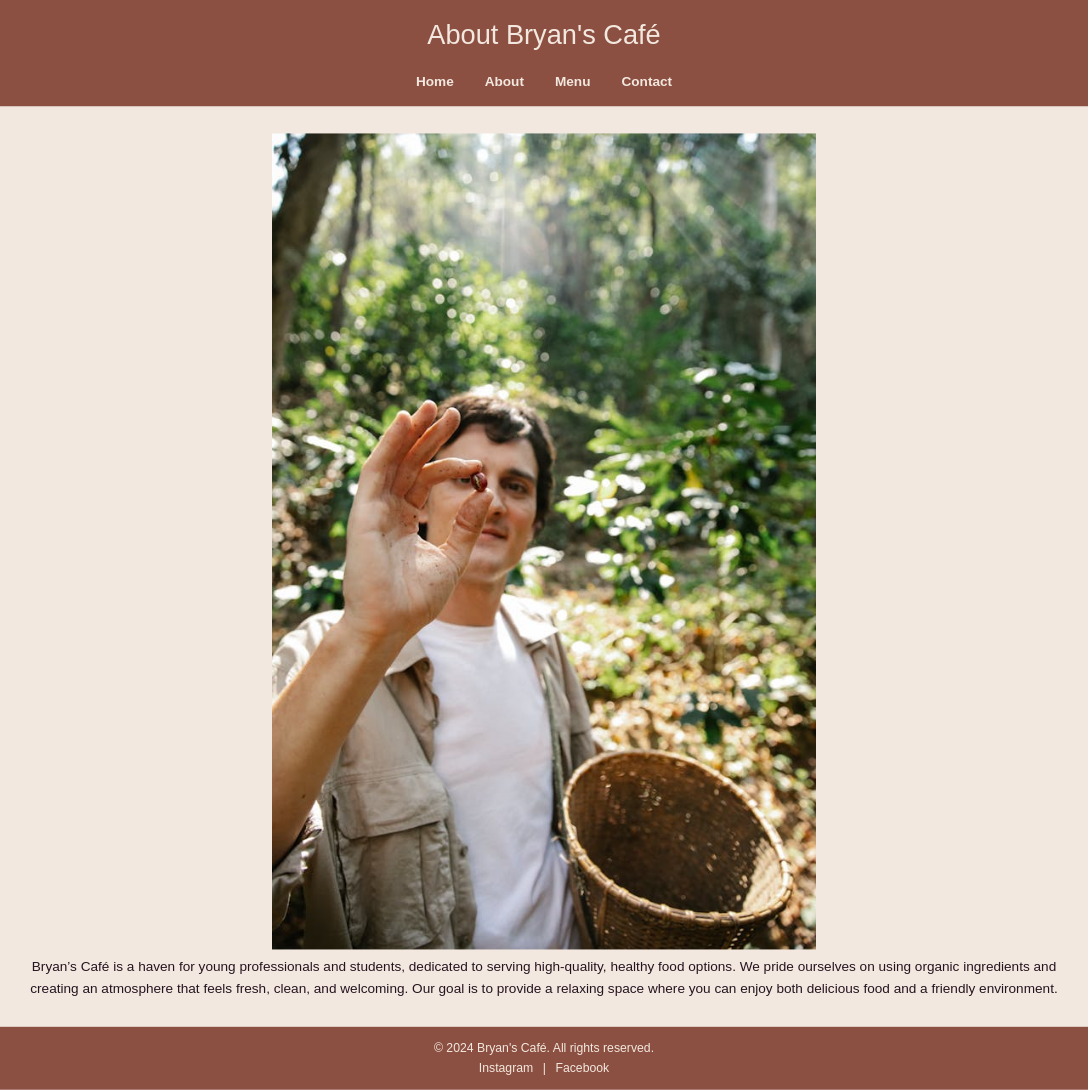
Repository: julianpedrazajf/bryancafe
Page: about.html
An editor plug-in stored every save of this project. The page is shown before and after the next save, followed by the edit.
The browser window is 1280 px wide. The pictures show the whole page, at 85% of full size.

Above is the page before, as saved 2024-11-04 07:59:00.

After the next save:
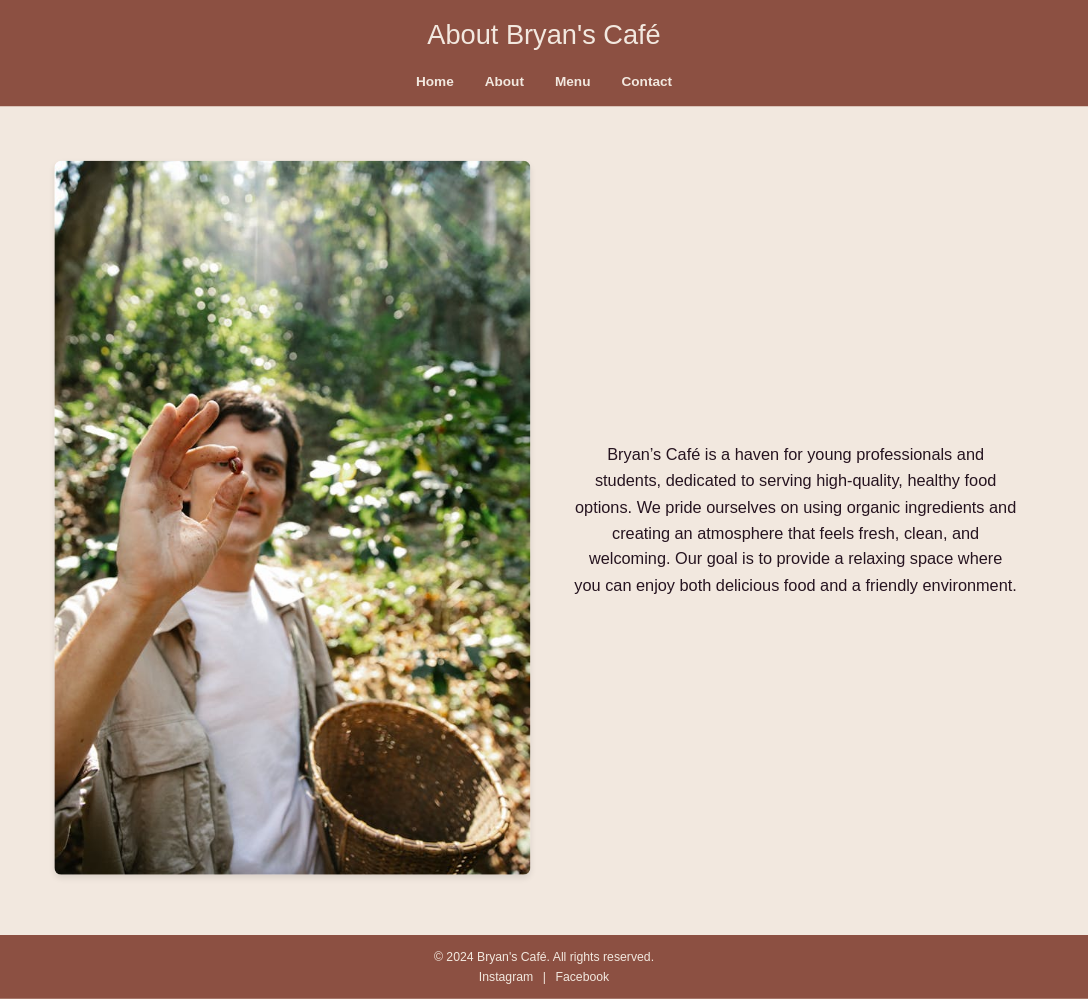
Saved 33 s later.
--- a/assets/css/style.css
+++ b/assets/css/style.css
@@ -54,6 +54,31 @@
 #hero h2 {
     font-size: 2em;
     margin-bottom: 0.5em;
+}
+
+.grid {
+    display: grid;
+    grid-template-columns: repeat(auto-fit, minmax(300px, 1fr));
+    gap: 2em;
+    padding: 2em;
+    align-items: center;
+}
+
+.grid-item {
+    text-align: center;
+}
+
+.grid-item img {
+    width: 100%;
+    height: auto;
+    border-radius: 8px;
+    box-shadow: 0 4px 8px rgba(0, 0, 0, 0.1);
+}
+
+.grid-item p {
+    font-size: 1.2em;
+    color: #261420;
+    padding: 1em;
 }
 
 h2 {
